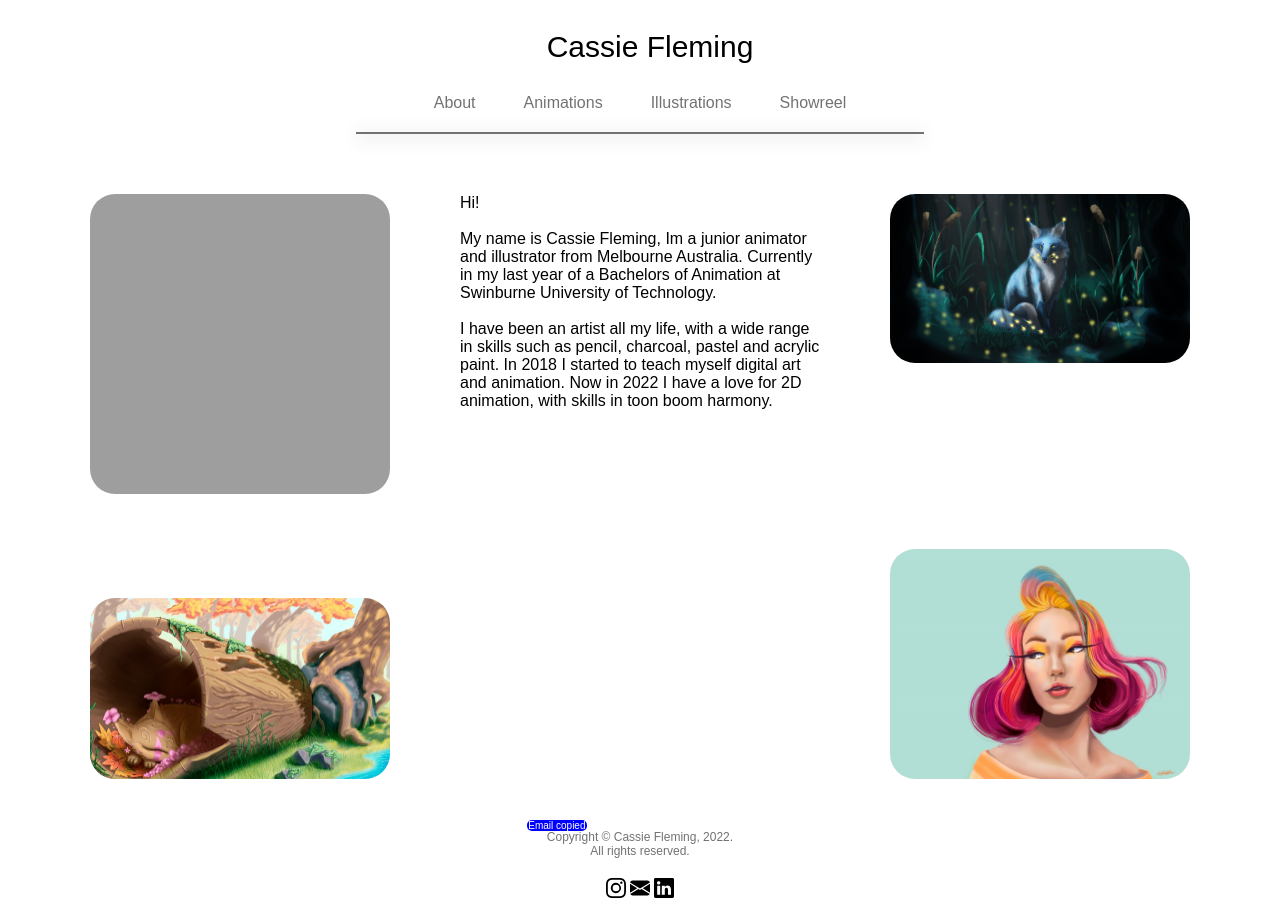
Repository: David-Waite/Cassie-Fleming-portfolio
Page: /
The author's editor kept a copy of each file at every save. The page is drawn from the files as they stood at one save, then again after the next save.
The browser window is 1280 px wide. The pictures show the whole page.
Pictures or frames that could not be fetched are drawn as grey boxes. Some web fonts or font styles are not loaded; a fallback is used. The project was rebuilt for these pictures with package versions that can differ from the ones it lists, and the page was loaded fresh each time. The framework's server and built-in components were replaced by stand-ins that run in the browser. Also part of the build but not shown: next.config.js.

Above is the page before, as saved 2022-09-11 17:53:08.

### pages/index.js
import Head from "next/head";
import Image from "next/image";
import styles from "../styles/Home.module.css";

export default function Home() {
  return (
    <div className={styles.layout}>
      <div className={`${styles.photoContainer} ${styles.photoContainerLeft}`}>
        <div>
          <Image
            className={styles.photo}
            src="/Cassie.png"
            height={3024}
            width={3024}
            alt="Photo of me, Cassie Fleming"
          />
        </div>
        <div className={styles.photo}>
          <Image
            className={styles.photo}
            src="/cherry blossom.2.jpg"
            height={725}
            width={1200}
            alt="Cherry Blossom covered fox, taking a nap in a hollowed tree log, by the river"
          />
        </div>
      </div>

      <div className={styles.aboutText}>
        Hi!
        <br />
        <br />
        My name is Cassie Fleming, Im a junior animator and illustrator from
        Melbourne Australia. Currently in my last year of a Bachelors of
        Animation at Swinburne University of Technology.
        <br />
        <br /> I have been an artist all my life, with a wide range in skills
        such as pencil, charcoal, pastel and acrylic paint. In 2018 I started to
        teach myself digital art and animation. Now in 2022 I have a love for 2D
        animation, with skills in toon boom harmony.
      </div>
      <div className={styles.photoContainer}>
        <div className={styles.photo}>
          <Image
            className={styles.photo}
            src="/fox.png"
            height={1080}
            width={1920}
            alt="glowing fox"
          />
        </div>
        <div className={styles.photo}>
          <Image
            className={styles.photo}
            src="/Inkedhuman.jpg"
            height={930}
            width={1211}
            alt="girl with cool hair a swaggie eyes"
          />
        </div>
      </div>
    </div>
  );
}

### components/Layout.js
import Link from "next/link";
import React, { useState } from "react";
import { Instagram, Linkedin, EnvelopeFill } from "react-bootstrap-icons";

export default function Layout({ children }) {
  const [navClass, setNavClass] = useState("");

  function toggleNav() {
    setNavClass((navClass) => {
      return navClass === "change" ? "" : "change";
    });
  }

  return (
    <div className={`layout ${navClass}`}>
      <header className="header">
        <h1>
          <Link href="/">
            <a>Cassie Fleming</a>
          </Link>
        </h1>

        <div className="navbar-icon" onClick={toggleNav}>
          <div className="bar1"></div>
          <div className="bar2"></div>
          <div className="bar3"></div>
        </div>

        <nav>
          <Link href="/">
            <a>About</a>
          </Link>
          <Link href="/">
            <a>Animations</a>
          </Link>
          <Link href="/">
            <a>Illustrations</a>
          </Link>
          <Link href="/">
            <a>Showreel</a>
          </Link>
        </nav>
      </header>
      <div className="navbar-line"></div>

      {children}
      <footer>
        <span className="email-popup">Email copied</span>
        <p>Copyright &copy; Cassie Fleming, 2022.</p>
        <p>All rights reserved.</p>
        <div className="social">
          <span>
            <Link href="https://www.instagram.com/cass_illustrations/">
              <a target="_blank">
                <Instagram />
              </a>
            </Link>
          </span>
          <div
            className="email"
            onClick={() => {
              navigator.clipboard.writeText("cassie.fleming2000@gmail.com");
            }}
          >
            <EnvelopeFill />
          </div>
          <span>
            <Link href="http://www.linkedin.com/in/cassie-fleming-500a56204">
              <a target="_blank">
                <Linkedin />
              </a>
            </Link>
          </span>
        </div>
      </footer>
    </div>
  );
}

### styles/globals.css
@import url("https://fonts.googleapis.com/css2?family=Zen+Maru+Gothic:wght@300;400;500;700&display=swap");

* {
  font-family: "Zen Maru Gothic", sans-serif;
  box-sizing: border-box;
  margin: 0;
  padding: 0;
}

.layout {
  margin: 30px 30px 0;
  display: flex;
  flex-direction: column;
  align-items: center;
  position: relative;
  min-height: calc(100vh - 30px);

  padding-bottom: 140px;
  text-align: center;
}

h1 {
  font-weight: 400;
  font-size: 30px;
  margin-bottom: 30px;
  margin-left: 20px;
}

a:hover {
  color: black;
}

a {
  text-decoration: none;
  color: black;
}
.hover {
  color: red;
}
nav a {
  color: #727272;
  margin: 24px;
  font-size: 16px;
}
.navbar-line {
  width: 568px;
  box-shadow: rgba(0, 0, 0, 0.35) 0px 3px 17px;
  margin: 20px 0 60px;
  border: #727272 solid 1px;
}
footer {
  position: absolute;
  bottom: 0px;
  font-size: 12px;
  color: #727272;
}
/* navBar icon */
.navbar-icon {
  display: none;
  cursor: pointer;
  margin-right: 20px;
}

.bar1,
.bar2,
.bar3 {
  width: 20px;
  height: 3px;
  background-color: #727272;
  margin: 4px 0;
  transition: 0.4s;
  border-radius: 5px;
}

.change .bar1 {
  transform: translate(0, 7px) rotate(-45deg);
}

.change .bar2 {
  opacity: 0;
}

.change .bar3 {
  transform: translate(0, -7px) rotate(45deg);
}

.social {
  display: flex;
  justify-content: center;
  padding: 20px;
}
.social span {
  color: black;
  margin: 0 4px;
  cursor: pointer;
  font-size: 20px;
}

.email {
  position: relative;
  font-size: 20px;
  color: black;
}
.email-popup {
  position: absolute;
  font-size: 10px;

  text-align: center;
  width: 60px;
  left: -20px;
  top: -10px;
  background-color: blue;
  color: #ffffff;
  padding: 0;
  border-radius: 5px;
}

@media (max-width: 810px) {
  .layout {
    margin: 20px 20px 0;
  }
  header {
    position: relative;
    display: flex;
    align-items: center;
    justify-content: space-between;
    width: 100vw;
  }
  .navbar-icon {
    display: inline-block;
  }
  h1 {
    font-size: 20px;
    margin-bottom: 0;
  }

  nav {
    position: absolute;
    top: 50px;
    display: flex;
    flex-direction: column;
    width: 100vw;
    height: 0px;
    transition: 0.5s;
    z-index: 1;
    background-color: white;
    overflow: hidden;
  }
  nav a {
    display: flex;
    justify-content: center;
    align-items: center;
    margin: 0;
    height: 50px;
  }
  .change nav {
    height: 100vh;
  }
  a:hover {
    background-color: #c4c3c3;
  }

  .navbar-line {
    width: 100vw;
  }
  .change .layout {
    margin-top: 20px;
  }
}

### styles/Home.module.css
.layout {
  display: grid;
  grid-template-columns: 1fr 1fr 1fr;
  gap: 70px;
}

.aboutText {
  max-width: 600px;
  min-width: 300px;
  text-align: start;
}

.photoContainer {
  display: flex;
  flex-direction: column;
  justify-content: space-between;
  max-width: 300px;
  gap: 100px;
}

.photoContainerLeft {
  margin-left: auto;
}
.photo {
  border-radius: 25px;
}
.profile {
  display: none;
}

@media (max-width: 1000px) {
  .layout {
    gap: 20px;
  }
}
@media (max-width: 810px) {
  .layout {
    display: inline;
  }
  .photo {
    display: none;
  }
  .photoContainerLeft {
    margin: 0 auto 30px;
    max-width: 400px;
  }
  .aboutText {
    max-width: 400px;
  }
}

Loaded but not shown: pages/_app.js (common file)

After the next save:
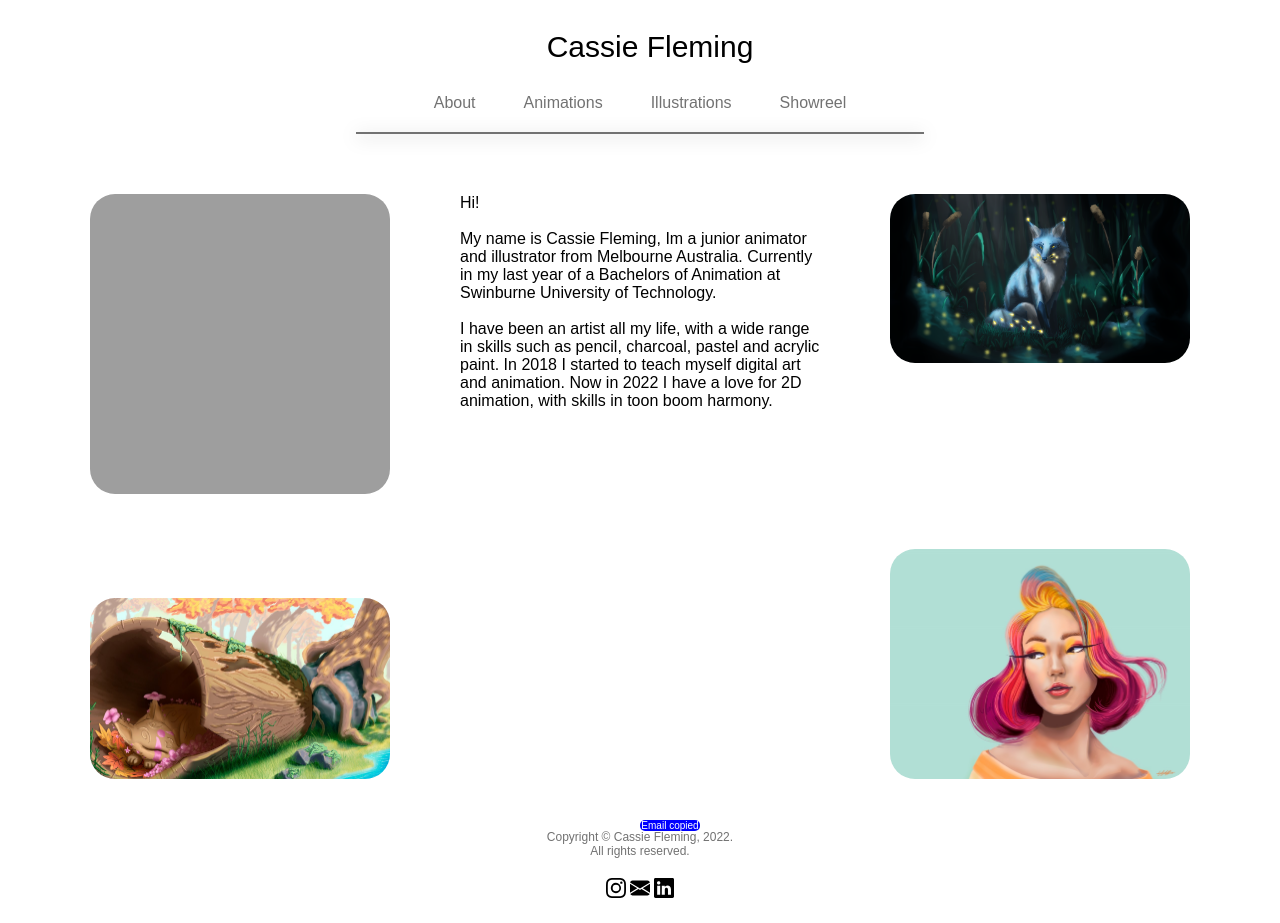
Saved 5 s later.
--- a/styles/globals.css
+++ b/styles/globals.css
@@ -107,7 +107,7 @@ footer {
 
   text-align: center;
   width: 60px;
-  left: -20px;
+
   top: -10px;
   background-color: blue;
   color: #ffffff;
